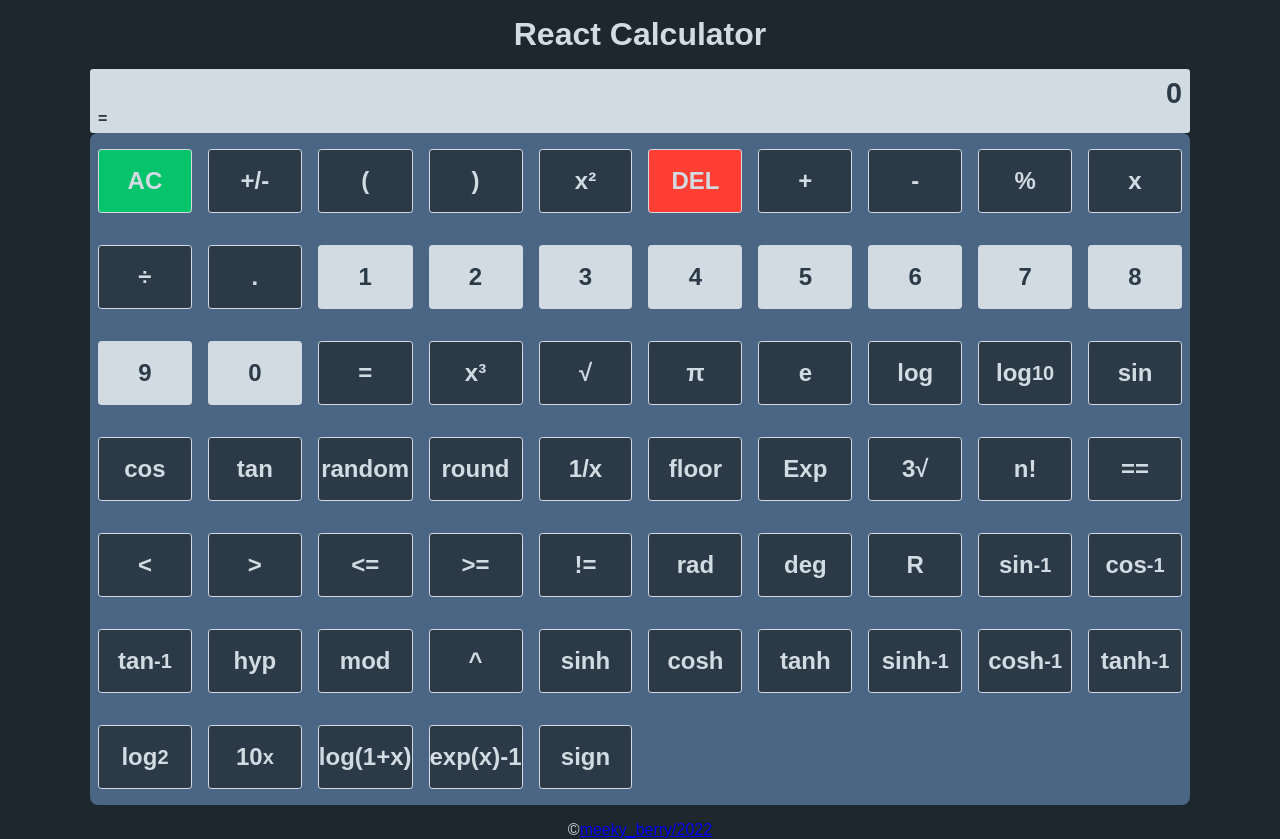
Repository: MikkyPrestige/calculator
Page: /
An editor plug-in stored every save of this project. The page is shown before and after the next save, followed by the edit.
The browser window is 1280 px wide. The pictures show the whole page.
The project was rebuilt for these pictures with package versions that can differ from the ones it lists, and the page was loaded fresh each time.

Above is the page before, as saved 2022-11-17 22:05:34.

After the next save:
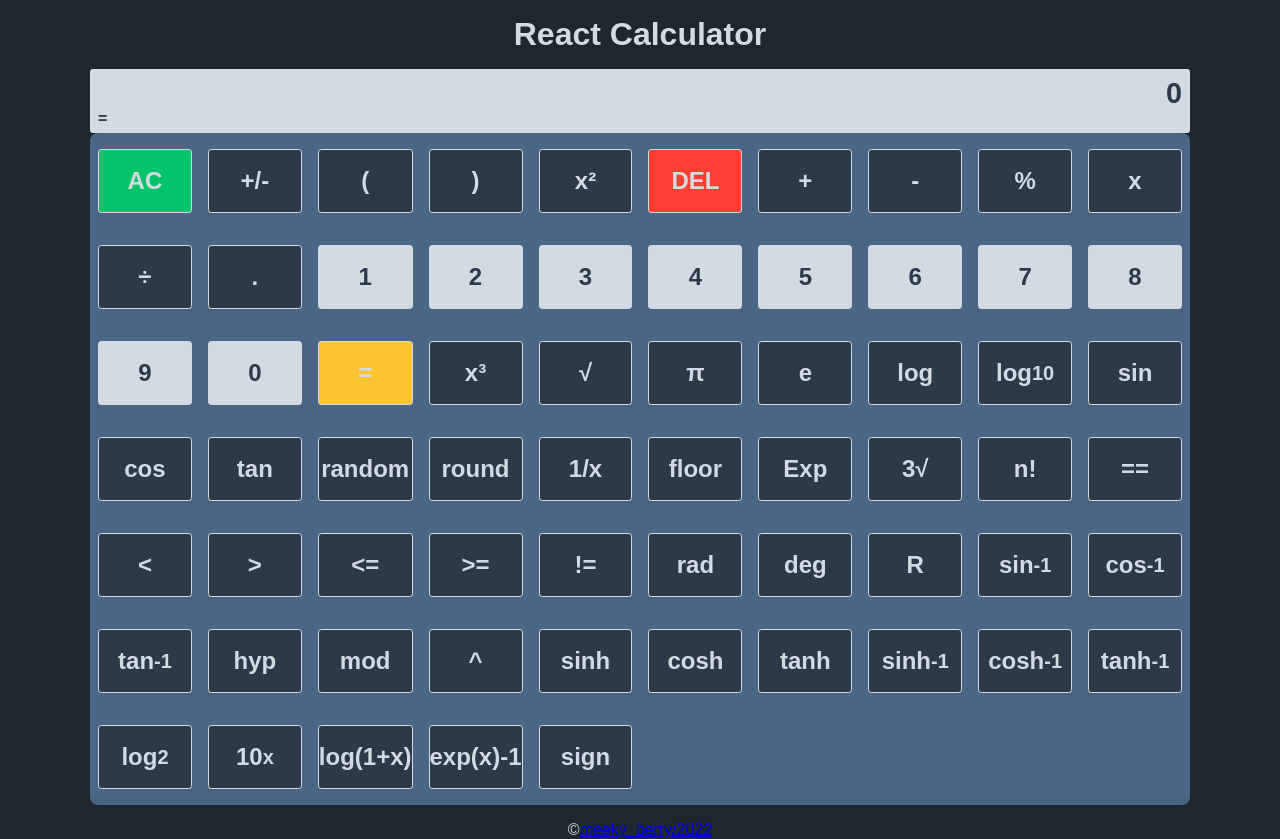
Saved 8 s later.
--- a/src/index.css
+++ b/src/index.css
@@ -140,7 +140,7 @@ body {
   color: #d2dae2;
 }
 
-.equal {
+.equalTo {
   background-color: #fbc531;
   color: #d2dae2;
 }
